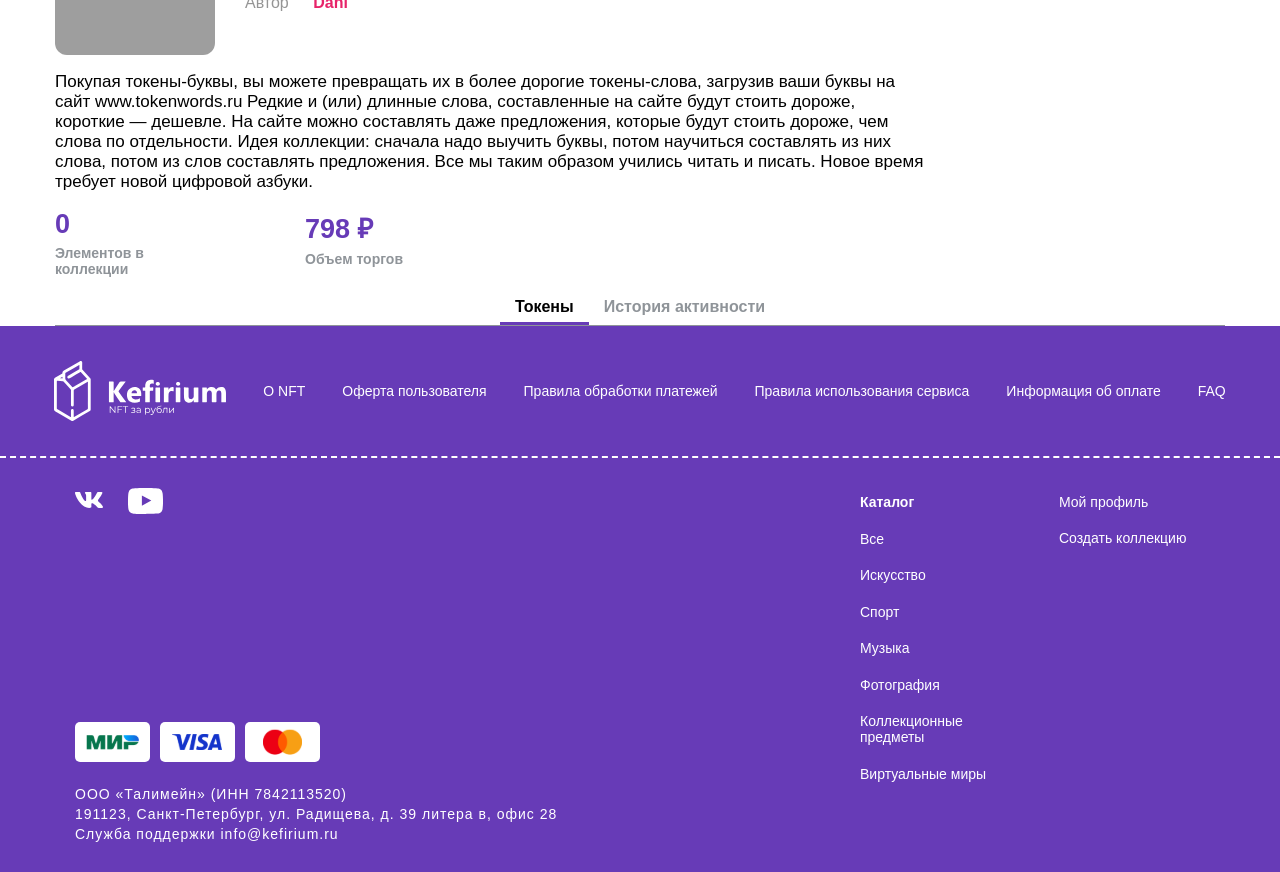
Repository: danchikko/kefirium
Page: /collection
An editor plug-in stored every save of this project. The page is shown before and after a run of saves, followed by the edit.
The browser window is 1280 px wide. The pictures show the part of the page from y = 505 to 1457 px (the page is 1377 px tall before and 1457 px after).
Pictures or frames that could not be fetched are drawn as grey boxes. The project was rebuilt for these pictures with package versions that can differ from the ones it lists, and the page was loaded fresh each time. Requests to the local data server were answered from the project's data file. Also part of the build but not shown: src/components/signUp/Navs.js, src/utils/helpers/constants.js, src/components/signUp/FormPhysic.js, src/components/signUp/FormJur.js, src/components/signUp/SignUp.js, src/components/signIn/Form.js, src/components/signIn/SignIn.js, src/components/header/Register.js and 48 more.

Above is the page before, as saved 2022-08-18 14:54:45.

### public/index.html
<!DOCTYPE html>
<html lang="en">
	<head>
		<meta charset="utf-8" />
		<link rel="icon" href="%PUBLIC_URL%/favicon.ico" />
		<meta name="viewport" content="width=device-width, initial-scale=1" />
		<meta name="theme-color" content="#000000" />
		<meta
			name="description"
			content="Web site created using create-react-app"
		/>
		<link rel="apple-touch-icon" href="%PUBLIC_URL%/logo192.png" />
		<link rel="manifest" href="%PUBLIC_URL%/manifest.json" />
		<title>React App</title>
	</head>
	<body>
		<div id="root"></div>
	</body>
</html>

### src/index.js
import React from 'react'
import ReactDOM from 'react-dom/client'
import './index.css'
import App from './App'
import { BrowserRouter } from 'react-router-dom'
import { Provider } from 'react-redux'
import store from './store'

const root = ReactDOM.createRoot(document.getElementById('root'))
root.render(
	<React.StrictMode>
		<BrowserRouter>
			<Provider store={store}>
				<App />
			</Provider>
		</BrowserRouter>
	</React.StrictMode>,
)

### src/index.css
* {
	box-sizing: border-box;
  font-family: 'Barlow', sans-serif;
  font-family: 'Barlow Condensed', sans-serif;
  font-family: 'Bebas Neue', cursive;
  font-family: 'Kanit', sans-serif;
  font-family: 'M PLUS 1 Code', sans-serif;
  font-family: 'Oxygen', sans-serif;
  /* font-family: Situs;
  font-style: italic; */
}

body {
	margin: 0;
}

### src/App.js
import Footer from './components/footer/Footer'
import Header from './components/header/Header'
import { AuthContextProvider } from './context/AuthContext'
import Main from './pages'

function App() {

	return (
		<AuthContextProvider>
			<Header />
			<Main />
			<Footer />
		</AuthContextProvider>
	)
}

export default App

### src/store/index.js
import optionsSlice from "./optionsSlice"
import { configureStore } from "@reduxjs/toolkit"
import postsSlice from "./postsSlice"
import registerSlice from "./registerSlice"
import profileSlice from "./profileSlice"

const store = configureStore({
    reducer: {
        options: optionsSlice,
        posts: postsSlice,
        register: registerSlice,
        profile: profileSlice,
    }
})

export default store

### src/components/footer/Footer.js
import { useDispatch } from 'react-redux'
import styled from 'styled-components'
import {
	closeCategoriesModal,
	closeSupportModal,
} from '../../store/optionsSlice'
import { modalRegisterGlobal } from '../../store/registerSlice'
import FirstBlock from './FirstBlock'
import SecondBlock from './SecondBlock'

const Footer = () => {
	const dispatch = useDispatch()
	return (
		<MainFooter
			onClick={() =>
				dispatch(
					closeCategoriesModal(),
					dispatch(closeSupportModal(), dispatch(modalRegisterGlobal())),
				)
			}
		>
			<FirstBlock />
			<SpecialDiv />
			<SecondBlock />
		</MainFooter>
	)
}

const MainFooter = styled.footer`
	width: 100%;
	background: #673bb7;
`

const SpecialDiv = styled.div`
	width: 100%;
	border-bottom: 2.5px dashed #ffff;
`

export default Footer

### src/context/AuthContext.js
import { createContext, useContext, useEffect, useState } from 'react'
import {
	createUserWithEmailAndPassword,
	signInWithEmailAndPassword,
	signOut,
	onAuthStateChanged,
} from 'firebase/auth'
import { auth } from '../firebase'

const UserContext = createContext()

export const AuthContextProvider = ({ children }) => {
    const [user, setUser] = useState({})
	const createUser = (email, password) => {
		return createUserWithEmailAndPassword(auth, email, password)
	};

    const signIn = (email, password) => {
        return signInWithEmailAndPassword(auth, email, password)
    }

    const logout = () => {
        return signOut(auth)
    }

    useEffect(() => {
        const unsubscribe = onAuthStateChanged(auth, (currentUser) => {
            setUser(currentUser)
        })
        return () => {
            unsubscribe()
        }
    }, [])
	return (
		<UserContext.Provider value={{createUser, user, logout, signIn}}>
			{children}
		</UserContext.Provider>
	)
}

export const UserAuth = () => {
	return useContext(UserContext)
}

### src/pages/index.js
import { useDispatch } from 'react-redux'
import { Route, Routes } from 'react-router-dom'
import CreateNewCollection from '../components/createCollection'
import ProfileSetting from '../components/myProfile/profileSetting'
import ProtectedRoute from '../components/ProtectedRoute'
import AboutNFT from '../components/support/AboutNFT'
import PaymentRules from '../components/support/PaymentRules'
import UserOffer from '../components/support/UserOffer'
import {
	closeCategoriesModal,
	closeSupportModal,
} from '../store/optionsSlice'
import { modalRegisterGlobal } from '../store/registerSlice'
import Categories from './categories/Categories'
import Collections from './collections'
import CollectionToken from './collectionTokens'
import CreateNFT from './createNFT/CreateNFT'
import MainPage from './main-page'
import Profile from './profile'

const Main = () => {
	const dispatch = useDispatch()
	return (
		<div
			onClick={() =>
				dispatch(
					closeCategoriesModal(),
					dispatch(closeSupportModal(), dispatch(modalRegisterGlobal())),
				)
			}
		>
			<Routes>
				<Route path='/' element={<MainPage />} />
				<Route path='/categories' element={<Categories />} />
				<Route path='/createNFT' element={<ProtectedRoute><CreateNFT /></ProtectedRoute>} />
				<Route path='/aboutNFT' element={<AboutNFT />} />
				<Route path='/userOffer' element={<UserOffer />} />
				<Route path='/paymentRules' element={<PaymentRules />} />
				<Route path='/profile/*' element={<ProtectedRoute><Profile /></ProtectedRoute>} />
                <Route path='/profile/settings/*' element={<ProfileSetting />} />
				<Route path='/createCollection' element={<ProtectedRoute><CreateNewCollection /></ProtectedRoute>}/>
				<Route path='/collection/token/*' element={<CollectionToken />} />
				<Route path='/collection/*' element={<Collections />} />
			</Routes>
		</div>
	)
}

export default Main

### src/store/postsSlice.js
import { createSlice } from '@reduxjs/toolkit'

const postsSlice = createSlice({
	name: 'posts',
	initialState: {
		id: new Date().toLocaleString(),
		NFTImage: null,
		NFTName: '',
		description: '',
		reference: '',
		content: '',
		price: 0,
		mainImage: null,
		banner: null,
		name: '',
		categories: '',
		collectionDescription: '',
	},
	reducers: {
		createImage: (state, action) => {
			state.NFTImage = action.payload
		},
		createName: (state, action) => {
			state.NFTName = action.payload
		},
		createDescription: (state, action) => {
			state.description = action.payload
		},
		createReference: (state, action) => {
			state.reference = action.payload
		},
		createContent: (state, action) => {
			state.content = action.payload
		},
		createPrice: (state, action) => {
			state.price = action.payload
		},
		createCollectionImage: (state, action) => {
			state.mainImage = action.payload
		},
		createCollectionBanner: (state, action) => {
			state.banner = action.payload
		},
		createCollectionName: (state, action) => {
			state.name = action.payload
		},
		createCollectionCategories: (state, action) => {
			state.categories = action.payload
		},
		createCollectionDescription: (state, action) => {
			state.collectionDescription = action.payload
		},
	},
})

export const {
	createImage,
	createName,
	createDescription,
	createReference,
	createContent,
	createPrice,
	createCollectionImage,
	createCollectionBanner,
	createCollectionName,
	createCollectionCategories,
	createCollectionDescription,
} = postsSlice.actions

export default postsSlice.reducer

### src/store/registerSlice.js
import { createSlice } from '@reduxjs/toolkit'

const registerSlice = createSlice({
	name: 'register',
	initialState: {
		physicFace: true,
		jurFace: false,
		registerModal: false,
		signUpModal: false,
		signInModal: false,
	},
	reducers: {
		clickPhysic: (state) => {
			state.physicFace = true
			state.jurFace = false
		},
		clickJur: (state) => {
			state.physicFace = false
			state.jurFace = true
		},
		modalRegister: (state) => {
			state.registerModal = !state.registerModal
		},
		modalSignUp: (state) => {
			state.signUpModal = !state.signUpModal
		},
		modalSignIn: (state) => {
			state.signInModal = !state.signInModal
		},
		modalRegisterGlobal: (state) => {
			state.registerModal = false
		},
	},
})

export const {
	clickPhysic,
	clickJur,
	onRegister,
	modalRegister,
	modalSignUp,
	modalSignIn,
	modalRegisterGlobal,
} = registerSlice.actions
export default registerSlice.reducer

### src/components/footer/FirstBlock.js
import { Link } from 'react-router-dom'
import styled from 'styled-components'
import logo from '../../aseets/svg/logo.svg'

const FirstBlock = () => {
	return (
		<Container>
			<Logo src={logo} alt='logo' />
			<Links to='/'>О NFT</Links>
			<Links to='/'>Оферта пользователя</Links>
			<Links to='/'>Правила обработки платежей</Links>
			<Links to='/'>Правила использования сервиса</Links>
			<Links to='/'>Информация об оплате</Links>
			<Links to='/'>FAQ</Links>
		</Container>
	)
}

const Container = styled.div`
	max-width: 1270px;
	width: 100%;
	height: 130px;
	display: flex;
	justify-content: center;
	gap: 37px;
	align-items: center;
	margin: 0 auto;
	padding: 0 20px;
`

const Logo = styled.img`
	width: 172px;
	height: 60px;
`

const Links = styled(Link)`
	text-decoration: none;
	color: #ffffff;
	font-size: 14px;
    font-weight: 500;
`

export default FirstBlock

### src/components/header/HeaderCategories.js
import { useDispatch, useSelector } from 'react-redux'
import { Link } from 'react-router-dom'
import styled from 'styled-components'
import { FiChevronRight } from 'react-icons/fi'
import {
	closeCategoriesModal,
	closeSupportModal,
	modalCategories,
	sortedPost,
} from '../../store/optionsSlice'

const HeaderCategories = () => {
	const modal = useSelector((state) => state.options.categoriesModal)
	const dispatch = useDispatch()
	return (
		<div>
			<Topics
				onClick={() =>
					dispatch(modalCategories(), dispatch(closeSupportModal()))
				}
			>
				Категории <NavRight />
			</Topics>
			{modal ? (
				<ListCategories
					onClick={() => dispatch(closeCategoriesModal())}
				>
					<Links
						onClick={() => dispatch(sortedPost('all'))}
						to='/categories'
					>
						Все
					</Links>
					<Links
						onClick={() => dispatch(sortedPost('art'))}
						to='/categories'
					>
						Искусство
					</Links>
					<Links
						onClick={() => dispatch(sortedPost('sport'))}
						to='/categories'
					>
						Спорт
					</Links>
					<Links
						onClick={() => dispatch(sortedPost('music'))}
						to='/categories'
					>
						Музыка
					</Links>
					<Links
						onClick={() => dispatch(sortedPost('photo'))}
						to='/categories'
					>
						Фотография
					</Links>
					<Links
						onClick={() => dispatch(sortedPost('collectibles'))}
						to='/categories'
					>
						Коллекционные предметы
					</Links>
					<Links
						onClick={() => dispatch(sortedPost('virtualworlds'))}
						to='/categories'
					>
						Виртуальные миры
					</Links>
				</ListCategories>
			) : (
				''
			)}
		</div>
	)
}

const Topics = styled.p`
	font-size: 15px;
	color: #8f9499;
	font-weight: 700;
	display: flex;
	align-items: center;
	cursor: pointer;
`

const ListCategories = styled.div`
	width: 170px;
	height: 360px;
	background: #f4f4f4;
	border-radius: 16px;
	box-shadow: 0 4px 3px 0 rgb(103 59 183 / 10%);
	position: absolute;
	top: 75px;
	right: 534px;
	padding: 20px 25px;
	display: flex;
	flex-direction: column;
	justify-content: space-around;
`

const Links = styled(Link)`
	text-decoration: none;
	font-size: 14px;
	color: rgb(103, 59, 183);
	:hover {
		color: #e7246a;
	}
`

const NavRight = styled(FiChevronRight)`
	margin-left: 5px;
	width: 14px;
	height: 14px;
`

export default HeaderCategories

### src/components/header/HeaderSupport.js
import styled from 'styled-components'
import { FiChevronRight } from 'react-icons/fi'
import { useDispatch, useSelector } from 'react-redux'
import { closeCategoriesModal, closeSupportModal, modalSupport } from '../../store/optionsSlice'
import { Link } from 'react-router-dom'

const HeaderSupport = () => {
	const modal = useSelector((state) => state.options.supportModal)
	const dispatch = useDispatch()
	return (
		<div>
			<Topics
				onClick={() =>
					dispatch(modalSupport(), dispatch(closeCategoriesModal()))
				}
			>
				Поддержка <NavRight />
			</Topics>
			{modal ? (
				<ListSupports onClick={() => dispatch(closeSupportModal())}>
					<Links to='/aboutNFT'>O NFT</Links>
					<Links to='/userOffer'>Оферта пользователя</Links>
					<Links to='/paymentRules'>Правила обработки платежей</Links>
					<Links to='/'>Правила использования сервиса</Links>
					<Links to='/'>Информация об оплате</Links>
					<Links to='/'>FAQ</Links>
				</ListSupports>
			) : (
				''
			)}
		</div>
	)
}

const Topics = styled.p`
	font-size: 15px;
	color: #8f9499;
	font-weight: 700;
	display: flex;
	align-items: center;
	cursor: pointer;
`

const NavRight = styled(FiChevronRight)`
	margin-left: 5px;
	width: 14px;
	height: 14px;
`

const ListSupports = styled.div`
	width: 170px;
	height: 360px;
	background: #f4f4f4;
	border-radius: 16px;
	box-shadow: 0 4px 3px 0 rgb(103 59 183 / 10%);
	position: absolute;
	top: 75px;
	right: 400px;
	padding: 20px 25px;
	display: flex;
	flex-direction: column;
	justify-content: space-around;
`

const Links = styled(Link)`
	text-decoration: none;
	font-size: 14px;
	color: rgb(103, 59, 183);
	:hover {
		color: #e7246a;
	}
`

export default HeaderSupport

### src/firebase.js
// Import the functions you need from the SDKs you need
import { initializeApp } from "firebase/app";
import { getAuth } from "firebase/auth";
// TODO: Add SDKs for Firebase products that you want to use
// https://firebase.google.com/docs/web/setup#available-libraries

// Your web app's Firebase configuration
const firebaseConfig = {
  apiKey: "AIzaSyCoinYPQWNOuxgztVvEuZQFqFbmSgboiNI",
  authDomain: "auth-development-718fc.firebaseapp.com",
  projectId: "auth-development-718fc",
  storageBucket: "auth-development-718fc.appspot.com",
  messagingSenderId: "1020950913601",
  appId: "1:1020950913601:web:23a5870412d851a716dcc0"
};

// Initialize Firebase
const app = initializeApp(firebaseConfig);
export const auth = getAuth(app);
export default app

### src/pages/collections/index.js
import { useState } from 'react'
import { Fragment } from 'react'
import { useEffect } from 'react'
import styled from 'styled-components'
import Collection from './Collection'
import CollectionNavbar from './CollectionNavbar'

const Collections = () => {
	const [collection, setCollection] = useState([])

	useEffect(() => {
		fetch('http://localhost:3000/Categories')
			.then((responce) => responce.json())
			.then((data) => setCollection(data.slice(0, 1)))
	}, [])
	return (
		<Container>
			{collection.map((el) => {
				return (
					<Fragment key={el.id}>
						<BackgroundBlock url={el.collectionBanner} />
						<Collection
							image={el.collectionImage}
							title={el.collectionName}
							user={el.nickname}
							description={el.collectionDescription}
						/>
					</Fragment>
				)
			})}
            <CollectionNavbar />
		</Container>
	)
}

const Container = styled.div`
	width: 100%;
	padding-top: 80px;
`

const BackgroundBlock = styled.div`
	width: 100%;
	height: 250px;
	background-image: url(${(props) => props.url});
    margin-bottom: 70px;
`

export default Collections

### src/components/UI/typography/Title.js
import styled from 'styled-components'

const Title = (props) => {
	return <CreateTitle {...props} />
}

const CreateTitle = styled.h2`
	color: ${(props) => props.color || '#ffff'};
	font-size: ${(props) => props.size || '20px'};
	margin: ${(props) => props.margin || '0'};
	font-weight: ${(props) => props.weight || '700'};
`

export default Title

### src/components/UI/position/Flex.js
import styled from "styled-components";

const Flex = (props) => {
    return (
        <CreateFlex {...props} />
    )
}

const CreateFlex = styled.div`
    max-width: ${(props) => props.width || ''};
    width: 100%;
    display: flex;
    flex-direction: ${(props) => props.direction || 'stretch'};
    justify-content: ${(props) => props.justify  || 'stretch'};
    align-items: ${(props) => props.align || 'stretch'};
    height: ${(props) => props.height || ''};
    margin: ${(props) => props.margin || ''};
`

export default Flex;

### src/components/UI/typography/Text.js
import styled from "styled-components";

const Text = (props) => {
    return (
        <CreateText {...props} />
    )
}

const CreateText = styled.p`
    color: ${(props) => props.color || '#ffffff'};
    font-size: ${(props) => props.size || '14px'};
    line-height: ${(props) => props.line || ''};
    font-weight: ${(props) => props.weight || '500'};
`

export default Text;

### src/pages/collections/CollectionNavbar.js
import { useState } from 'react'
import styled from 'styled-components'

const CollectionNavbar = () => {
	const [tokens, setTokens] = useState(true)
	const [history, setHistory] = useState(false)

    const tokenHandler = () => {
        setTokens(true)
        setHistory(false)
    }

    const historyHandler = () => {
        setHistory(true)
        setTokens(false)
    }
	return (
		<Container>
			<Navbar>
				{tokens ? (
					<ButtonTrue>Токены</ButtonTrue>
				) : (
					<ButtonFalse onClick={tokenHandler}>Токены</ButtonFalse>
				)}
				{history ? (
					<ButtonTrue>История активности</ButtonTrue>
				) : (
					<ButtonFalse onClick={historyHandler}>История активности</ButtonFalse>
				)}
			</Navbar>
		</Container>
	)
}

const Container = styled.div`
	max-width: 1170px;
	width: 100%;
	margin: 0 auto;
`

const Navbar = styled.div`
	max-width: 1170px;
	width: 100%;
	height: 44px;
	border-bottom: 1px solid #8f9499;
	display: flex;
	justify-content: center;
`

const ButtonTrue = styled.div`
	border-bottom: 3px solid #673bb7;
	padding: 10px 15px;
	color: #000000;
	cursor: pointer;
	background-color: #ffffff;
	font-weight: 700;
	margin-top: 6px;
`

const ButtonFalse = styled.div`
	padding: 10px 15px;
	color: #8f9499;
	cursor: pointer;
	background-color: #ffffff;
	font-weight: 700;
	margin-top: 6px;
`

export default CollectionNavbar

Loaded but not shown: db.json (227 lines, source omitted); src/store/profileSlice.js (112 lines, source omitted); src/components/footer/SecondBlock.js (143 lines, source omitted); src/components/header/Header.js (143 lines, source omitted); src/pages/collections/Collection.js (133 lines, source omitted); src/store/optionsSlice.js (120 lines, source omitted)

After the next 4 saves:
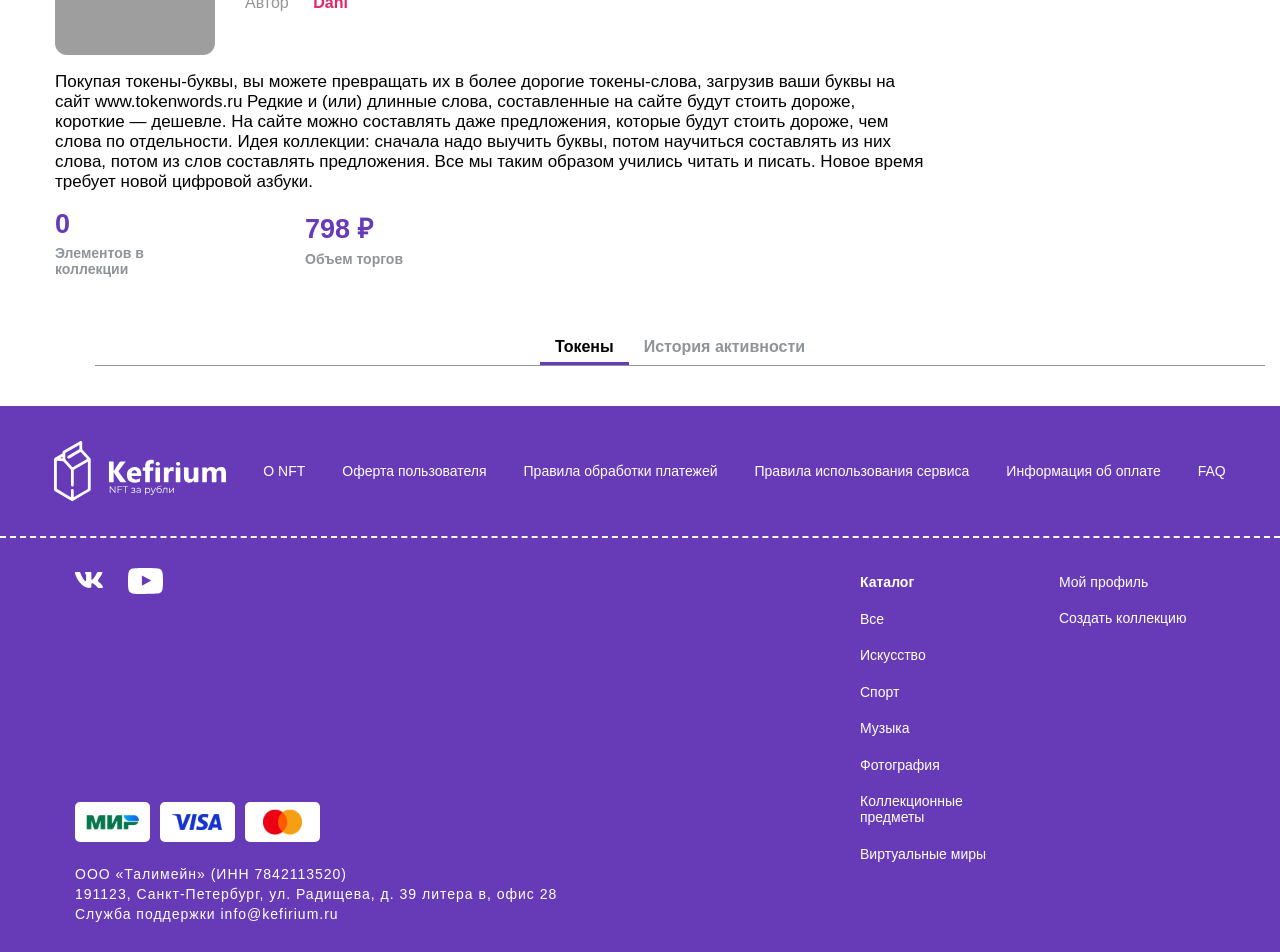
The 4 saves are shown as one change because they came seconds apart.
The last was saved 12 min 51 s later.
--- a/src/pages/collections/CollectionNavbar.js
+++ b/src/pages/collections/CollectionNavbar.js
@@ -45,6 +45,7 @@
 	border-bottom: 1px solid #8f9499;
 	display: flex;
 	justify-content: center;
+    margin: 40px;
 `
 
 const ButtonTrue = styled.div`

After the save that followed:
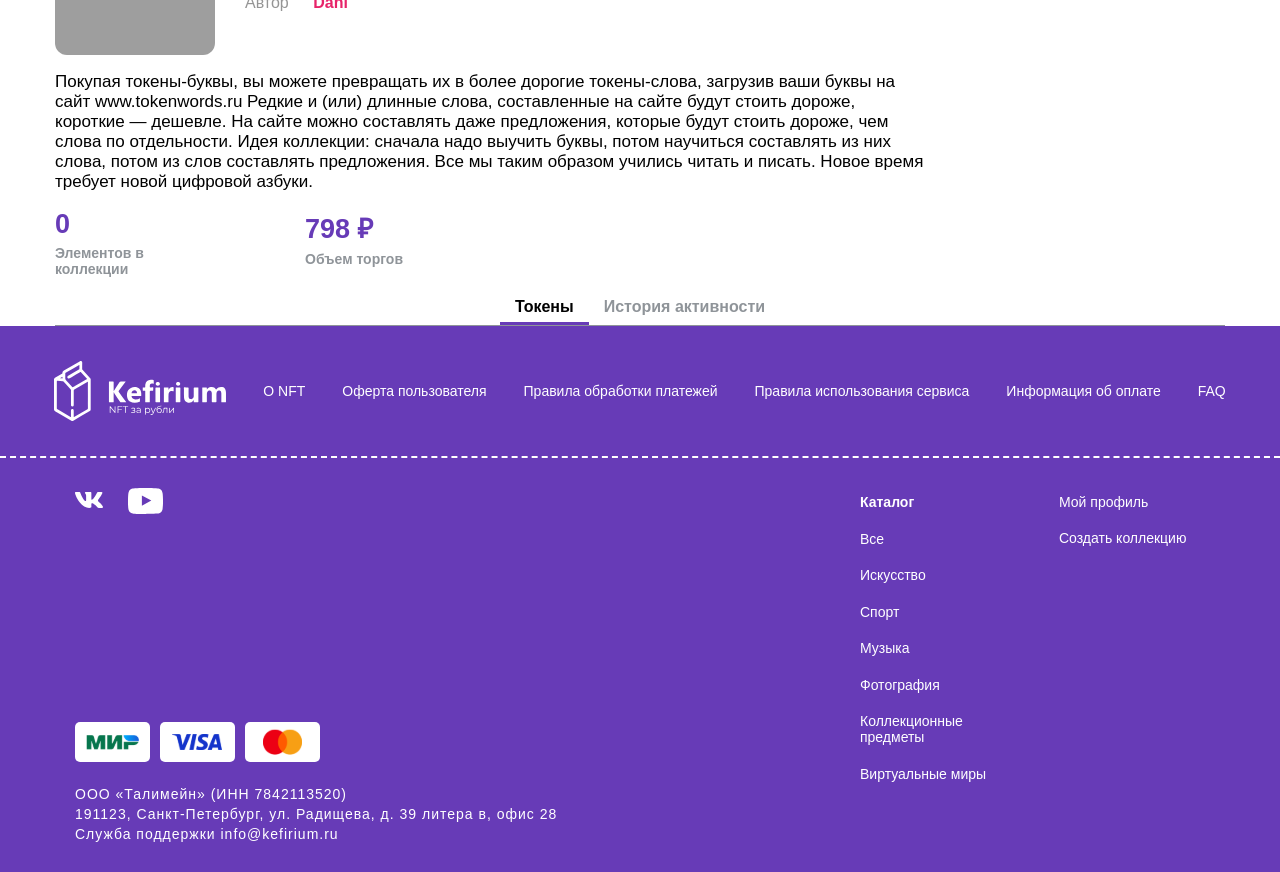
Saved 5 min 22 s later.
--- a/src/pages/collections/CollectionNavbar.js
+++ b/src/pages/collections/CollectionNavbar.js
@@ -45,7 +45,7 @@
 	border-bottom: 1px solid #8f9499;
 	display: flex;
 	justify-content: center;
-    margin: 40px;
+    margin-: 40px;
 `
 
 const ButtonTrue = styled.div`
